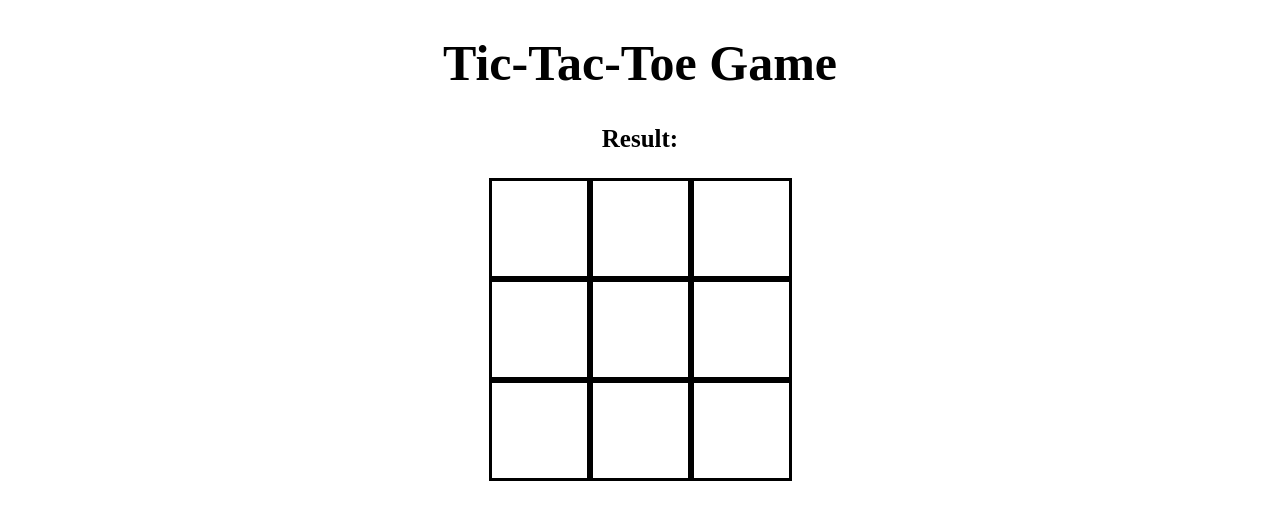
Repository: 0101chaitanya/Tic-Tac-Toe
Page: index.html
These files come from the project's save history. The page is drawn as it stood at one moment and after the next save; the edit follows.
The browser window is 1280 px wide. The pictures show the whole page.

Above is the page before, as saved 2021-06-09 18:21:48.

### index.html
<!DOCTYPE html>
<html>
    <head>
<meta charset="utf-8">
<title>Tic-Tac-Toe Game</title>
<link rel="stylesheet" href="styles.css">
    </head>
<body>
    <h1 id="heading">Tic-Tac-Toe Game</h1>

    <div id = "Output">
        <p  >Result:</p>
    </div>
    <div id = "gameSquare">

    <div id = "row1">
    <div class = "r1Column"></div>
    <div class = "rlColumn"></div>
    <div class = "rlColumn"></div>
</div>
<div id = "row2">
    <div class = "r2Column"></div>
    <div class = "r2Column"></div>
    <div class = "r2Column"></div>
</div>
<div id = "row3">
    <div class = "r3Column"></div>
    <div class = "r3Column"></div>
    <div class = "r3Column"></div>
</div>
</div>
</body>
<script type="text/javascript" src="script.js"></script>
</html>

### styles.css
:root{
    text-align: center;
font-weight: bold;
}
@media  screen and (max-width: 400px){
    :root{
        font-size: 14px;
}

}
@media  screen and (min-width: 401px) and (max-width: 700px){
    :root{
        font-size: 18px;
}


}@media  screen and (min-width: 701px) {
    :root{
        font-size:25px;
}

}

#gameSquare{
    /* border-style: solid;
     */width:min-content;
    height:min-content;
    display:block;
    margin:auto;
}
#gameSquare>div:nth-child(n){
    /* border-style: solid;
     */width:min-content;
    height:min-content;
    display:flex;
    justify-content:center;
    align-items:center;
}
#gameSquare>div:nth-child(n)>div:nth-child(n){
    display:block;
    margin: auto;
    width:3.8rem;
    height:3.8rem;
border-style:solid;
border-width: 0.15rem;

}

### script.js
/* (function(){
let
})(); */

After the next save:
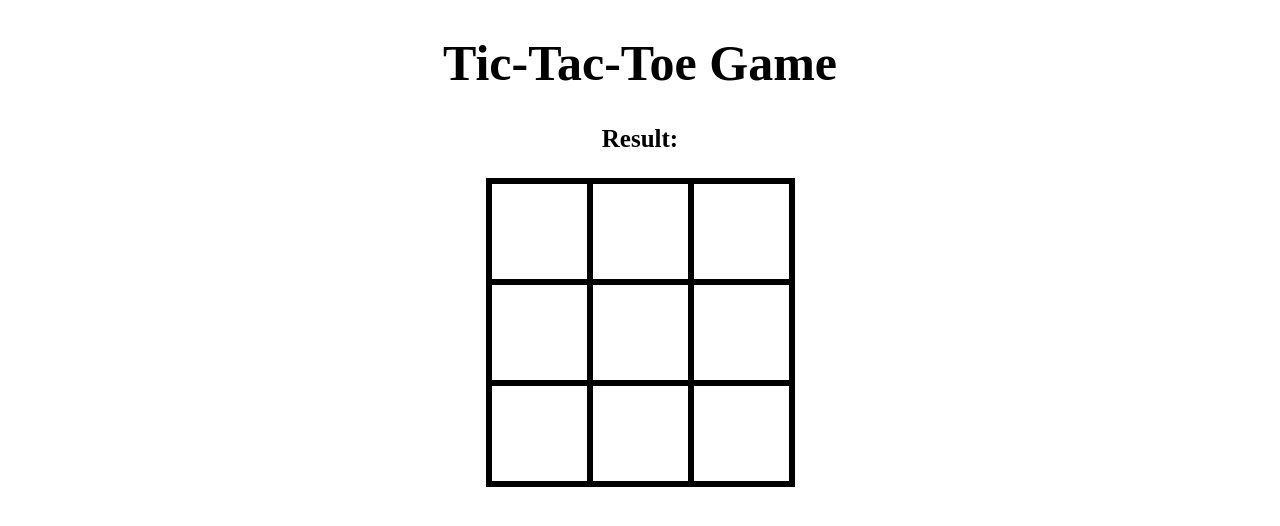
Saved 63 s later.
--- a/styles.css
+++ b/styles.css
@@ -22,8 +22,8 @@ font-weight: bold;
 }
 
 #gameSquare{
-    /* border-style: solid;
-     */width:min-content;
+     border-style: solid;
+     width:min-content;
     height:min-content;
     display:block;
     margin:auto;
@@ -43,5 +43,4 @@ font-weight: bold;
     height:3.8rem;
 border-style:solid;
 border-width: 0.15rem;
-
 }
